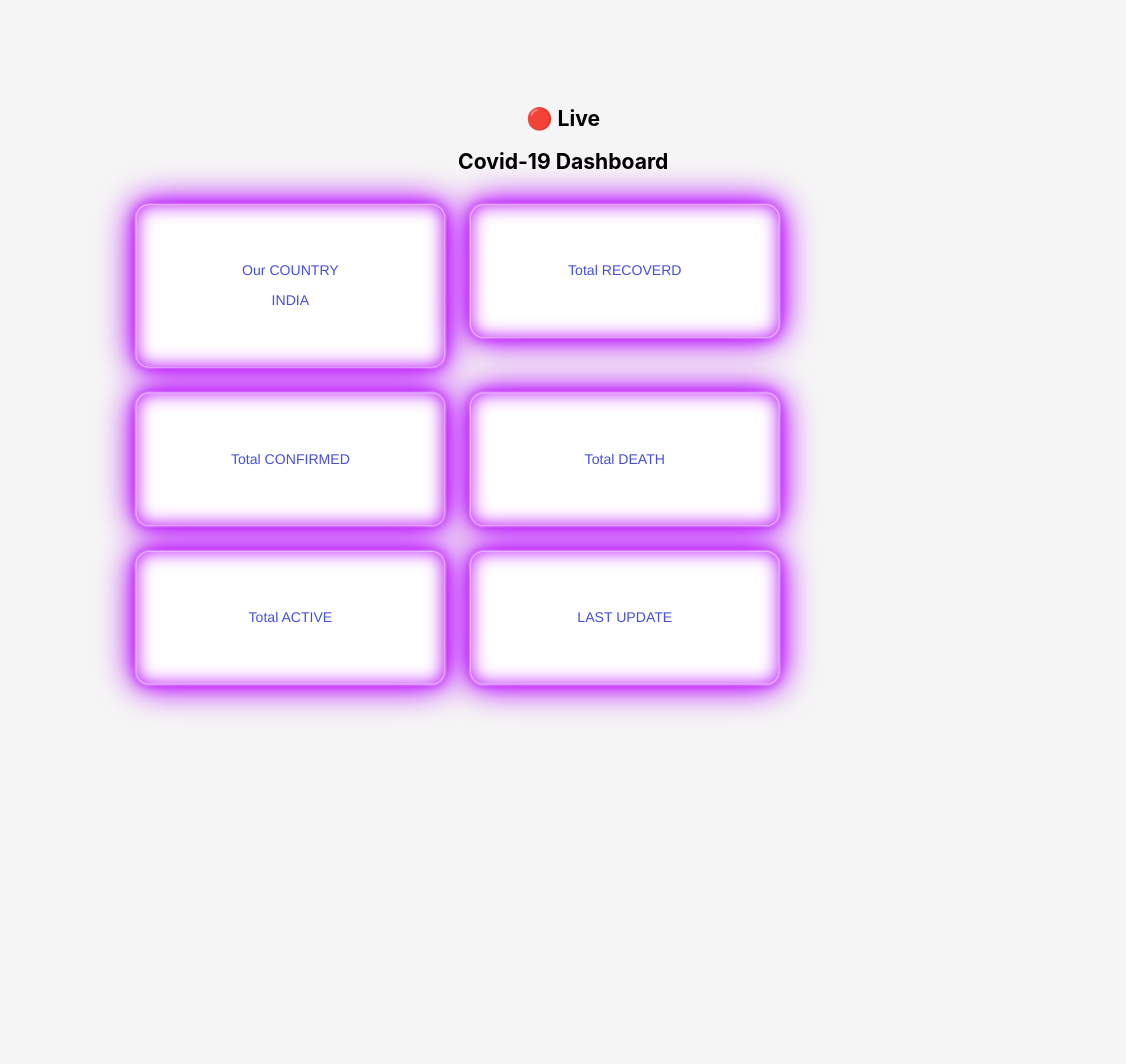
Repository: Aniketlamage/covid19-dashboard
Page: /
The author's editor kept a copy of each file at every save. The page is drawn from the files as they stood at one save, then again after the next save.
The browser window is 1280 px wide. The pictures show the whole page, at 88% of full size.
The page's requests for data from a server got no answer. The project was rebuilt for these pictures with package versions that can differ from the ones it lists, and the page was loaded fresh each time. No one was signed in, and anything a server would have sent is missing.

Above is the page before, as saved 2021-09-30 20:04:14.

### src/App.js
import React from 'react'
import Covid from './components/covid';
const App = () => {
return(
<>
<Covid />
</>
)
}

export default App;

### src/components/covid.js
import React, { useEffect, useState } from 'react'
import "./covid.css"

const Covid = () => {
    const [data, setData] =  useState([]);
    const getCovidData = async () =>{
        try{
            const res = await fetch('https://data.covid19india.org/data.json')
            const actualData = await res.json();
            console.log(actualData.statewise[0]);
            setData(actualData.statewise[0]);
           }
        catch(err){console.log(err);}
    }

    useEffect(() => {
        getCovidData ();
    }, []);
return(

<>
<section>

    <h1>🔴 Live </h1>
    <h2>Covid-19 Dashboard</h2>

<ul>
    <li className = "card">
        <div className ="card__main">
            <div className ="card__inner">
                <p className="card__name"><span> Our </span> COUNTRY </p>
                <p classname="card__total card__small">INDIA</p>
            </div>
        </div>
    </li>
    <li className = "card">
        <div className ="card__main">
            <div className ="card__inner">
                <p className="card__name"><span> Total </span> RECOVERD </p>
                <p classname="card__total card__small">{data.recovered}</p>
            </div>
        </div>
    </li><li className = "card">
        <div className ="card__main">
            <div className ="card__inner">
                <p className="card__name"><span> Total </span> CONFIRMED </p>
                <p classname="card__total card__small">{data.confirmed}</p>
            </div>
        </div>
    </li><li className = "card">
        <div className ="card__main">
            <div className ="card__inner">
                <p className="card__name"><span> Total </span> DEATH </p>
                <p classname="card__total card__small">{data.deaths}</p>
            </div>
        </div>
    </li><li className = "card">
        <div className ="card__main">
            <div className ="card__inner">
                <p className="card__name"><span> Total </span> ACTIVE </p>
                <p classname="card__total card__small">{data.active}</p>
            </div>
        </div>
    </li><li className = "card">
        <div className ="card__main">
            <div className ="card__inner">
                <p className="card__name"><span> LAST </span> UPDATE </p>
                <p classname="card__total card__small">{ data.lastupdatedtime}</p>
            </div>
        </div>
    </li>
</ul>
</section>
</>

)

}
export default Covid;

### src/components/covid.css

/*  Basic Styling */
.main,body {
    background-color: whitesmoke;
    padding: 100px;
    text-align: center;
    min-height: 100ch;
    align-items: center;

}

h1,h2{

    color: black;
}

p {
    color: #4650dd;
    font-family: 'Franklin Gothic Medium', 'Arial Narrow', Arial, sans-serif;
}

ul{
    list-style-type:none;
    display: flex;
    flex-wrap: wrap;
}
div.card__main {
    background-color: white;
    border-radius: 15px;
    width: 250px;
    padding: 50px;
    margin: 15px;
    align-items: center;
    /*box-shadow: 4px 4px 4px 4px #35b3ee, 5px 5px 5px 5px #35b3ee;*/
    box-shadow: 0 0 .2rem #fff,
    0 0 .2rem #fff,
    0 0 2rem #bc13fe,
    0 0 0.8rem #bc13fe,
    0 0 2.8rem #bc13fe,
    inset 0 0 1.3rem #bc13fe;
 }



.card_name{
    font-size: 25px;
    font-weight: bold;
}

.card_name span {
    font-size: 15px;
}

.card_total {

    font-size: 20px;
    font-weight: bold;

}
.card__small {
    font-size: 80px;
}
@media (max-width: 500px)
{
    .card_total{font-size: 70px;}
}
@media (max-width: 500px)
{
    .card{
        width: 100%;
        height: 290px;
        margin-right: 0;
        float: none;
    }
    .card .card__inner,
    .card .card__back{
        height: 290px;
    }
}

.card {
    transition: transform .3s;
  }

  .card :hover {
    transition: transform .3s;
    -ms-transform: scale(1.2);
    -webkit-transform: scale(1.2);
    transform: scale(1.2);
  }

Loaded but not shown: public/index.html (common file); src/index.js (common file); src/index.css (common file); src/reportWebVitals.js (common file)

After the next save:
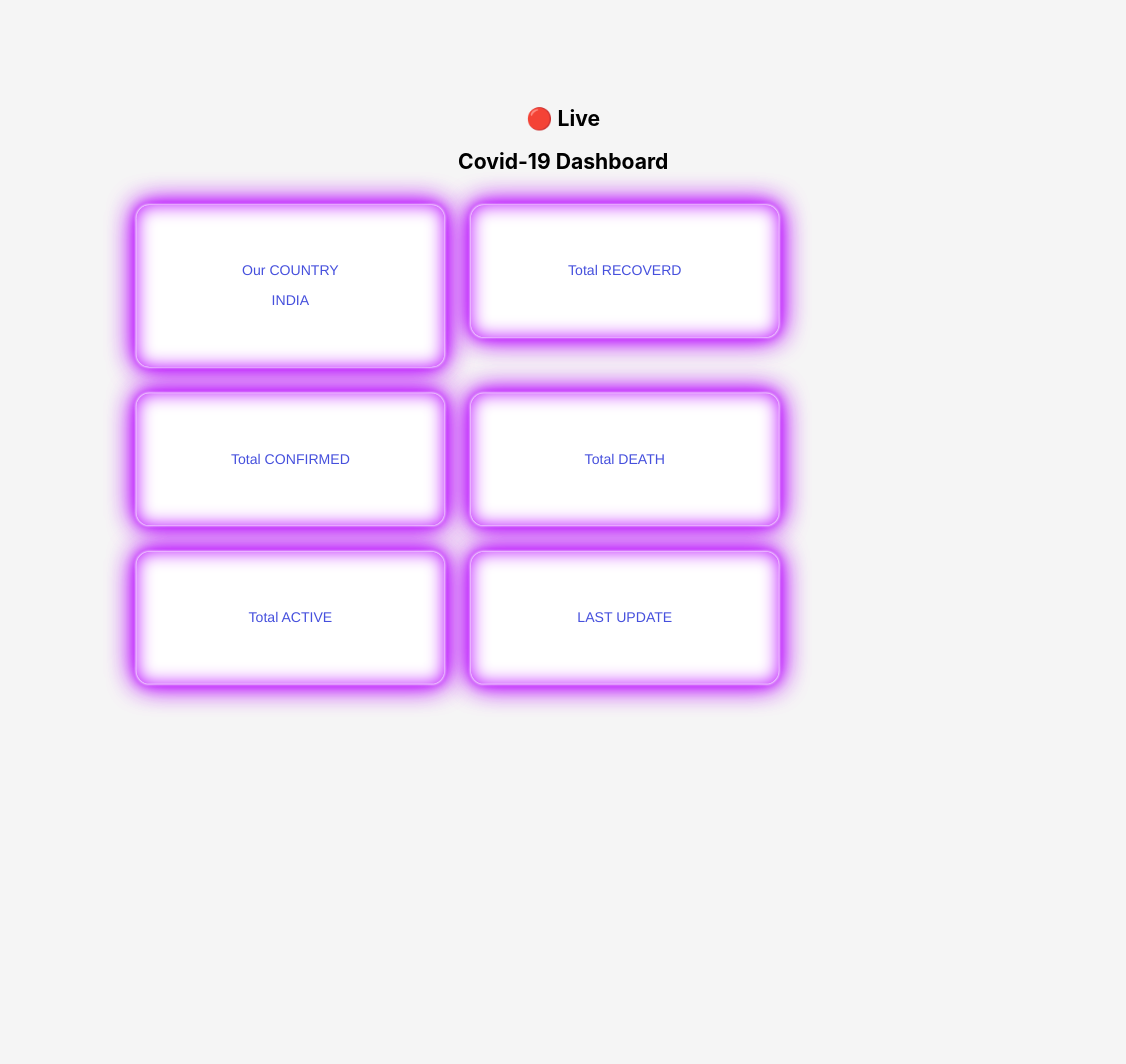
Saved 33 s later.
--- a/src/components/covid.css
+++ b/src/components/covid.css
@@ -36,7 +36,7 @@ div.card__main {
     0 0 .2rem #fff,
     0 0 2rem #bc13fe,
     0 0 0.8rem #bc13fe,
-    0 0 2.8rem #bc13fe,
+    0 0 2rem #bc13fe,
     inset 0 0 1.3rem #bc13fe;
  }
 
